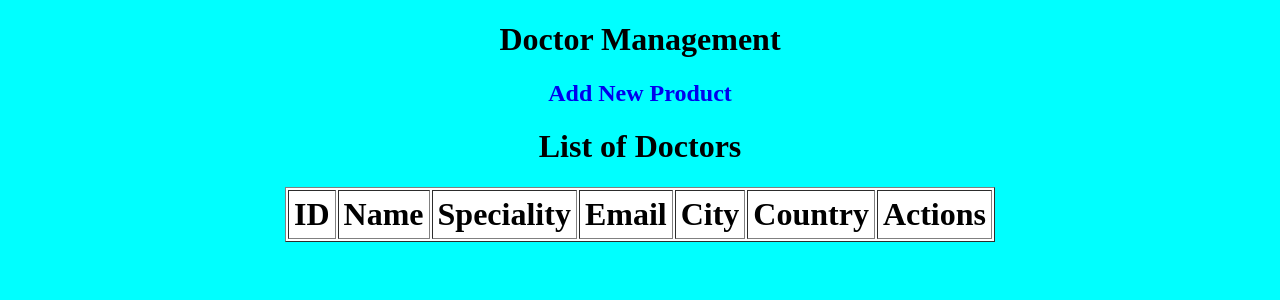
Repository: pawankas/Java_Personal
Page: http://localhost/ProductManagement/Index.jsp
The author's editor kept a copy of each file at every save. The page is drawn from the files as they stood at one save, then again after the next save.
The browser window is 1280 px wide. The pictures show the whole page.
The page is served by Tomcat 9. Nobody is signed in. The application's start-up code is not run. Queries for data that is not in the repository find no rows.

Above is the page before, as saved 2022-03-09 05:31:35.

After the next save:
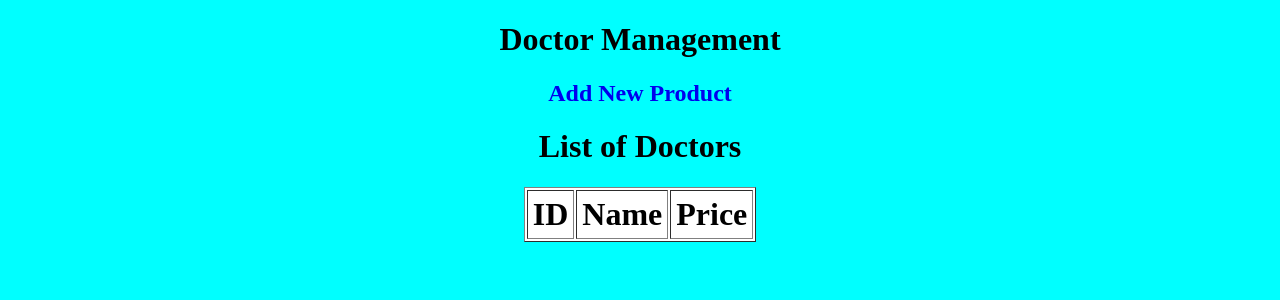
Saved 11 s later.
--- a/ProductManagement/WebContent/Index.jsp
+++ b/ProductManagement/WebContent/Index.jsp
@@ -30,11 +30,8 @@ a {
       <tr>
         <th>ID</th>
         <th>Name</th>
-        <th>Speciality</th>
-        <th>Email</th>
-        <th>City</th>
-        <th>Country</th>
-        <th>Actions</th>
+        <th>Price</th>
+
       </tr>
       <%
         Connection con = DBConnection.getConn();
